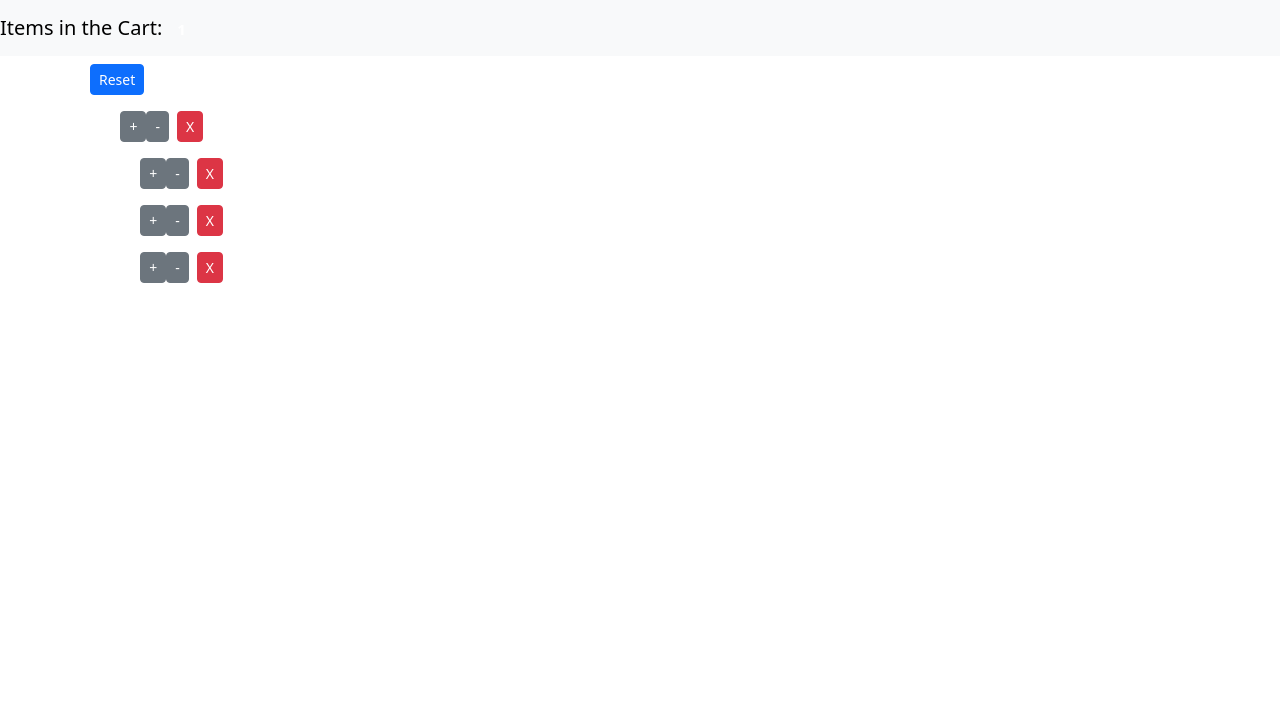
Repository: Edes2128/MovieTable-pagination-filter-sorting-in-React
Page: /
An editor plug-in stored every save of this project. The page is shown before and after a run of saves, followed by the edit.
The browser window is 1280 px wide. The pictures show the whole page.
The project was rebuilt for these pictures with package versions that can differ from the ones it lists, and the page was loaded fresh each time. Also part of the build but not shown: src/App.css.

Above is the page before, as saved 2020-06-16 00:10:43.

After the next 2 saves:
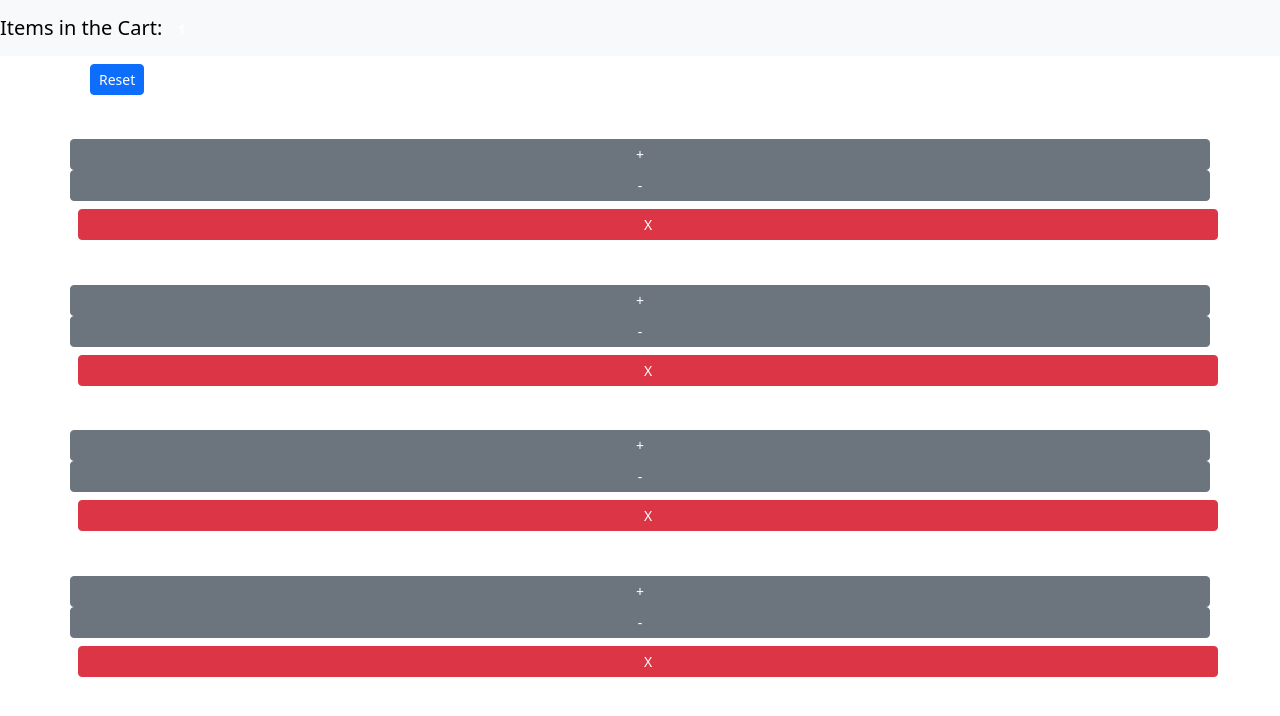
The 2 saves are shown as one change because they came seconds apart.
The last was saved 8 s later.
--- a/src/components/counter.jsx
+++ b/src/components/counter.jsx
@@ -5,7 +5,7 @@ class Counter extends Component {
     render() {
 
         return (
-            <div classNa>
+            <div className="row">
             <span className={this.getBadgeClasses()}>{this.formatCount()}</span>
             <button onClick={() => this.props.onIncrement(this.props.counter)} className="btn btn-secondary btn-sm">+</button>
             <button onClick={() => this.props.onDecrement(this.props.counter)} className="btn btn-secondary btn-sm">-</button>
